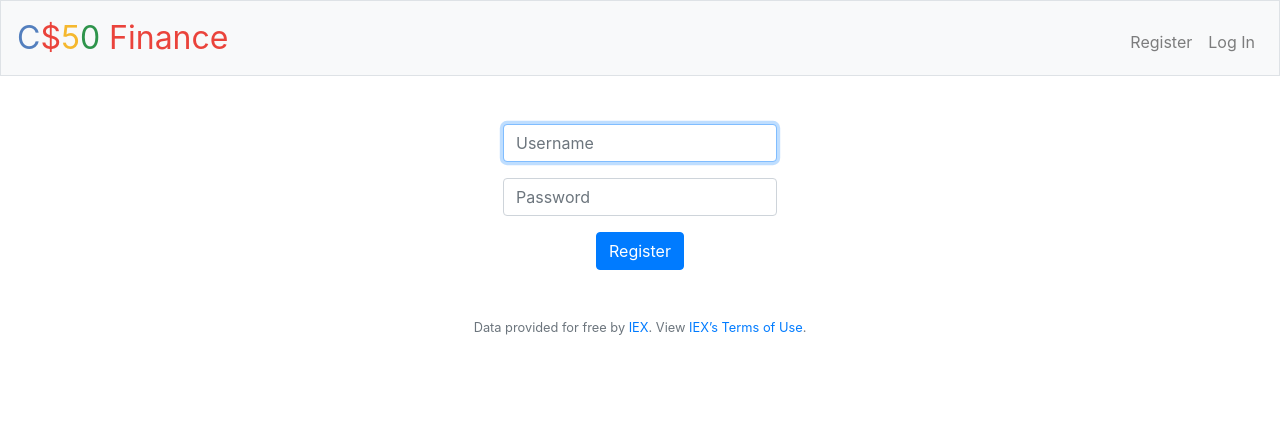
Repository: RachadQ/Cs50
Page: pset8/finance/templates/register.html
The author's editor kept a record of every edit. The page is drawn from the files as they stood at one moment, then again after the next edit.
The browser window is 1280 px wide. The pictures show the whole page.
The template is drawn by Flask 3. The application's start-up code is not run. The template is opened directly, without the code that normally fills it, so the values that code supplies are empty.

Above is the page before.

After the next edit:
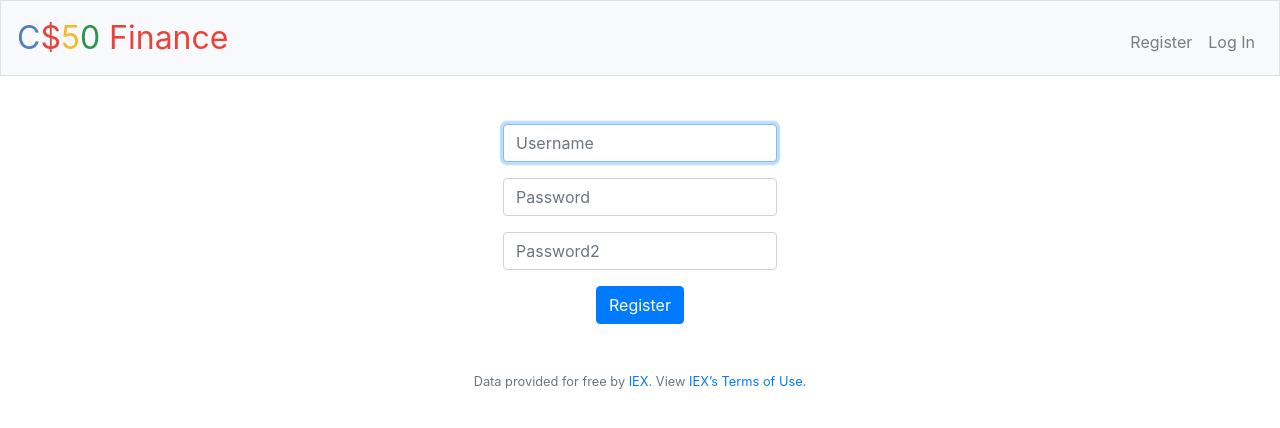
The edit:
--- a/ub/pset8/finance/templates/register.html
+++ b/ub/pset8/finance/templates/register.html
@@ -12,6 +12,9 @@
         <div class="form-group">
             <input class="form-control" name="password" placeholder="Password" type="password">
         </div>
+         <div class="form-group">
+            <input class="form-control" name="password2" placeholder="Password2" type="password">
+        </div>
         <button class="btn btn-primary" type="submit">Register</button>
     </form>
 {% endblock %}
